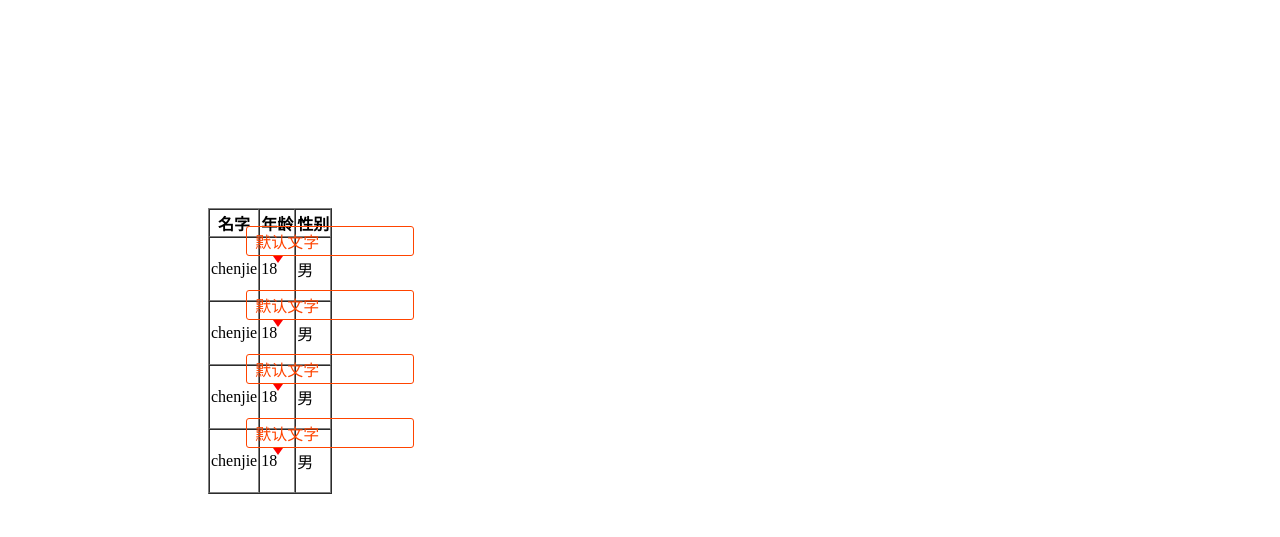
Repository: chenjieya/java
Page: index.html
These files come from the project's save history. The page is drawn as it stood at one moment and after the next save; the edit follows.
The browser window is 1280 px wide. The pictures show the whole page.

Above is the page before, as saved 2023-05-17 09:11:18.

After the next save:
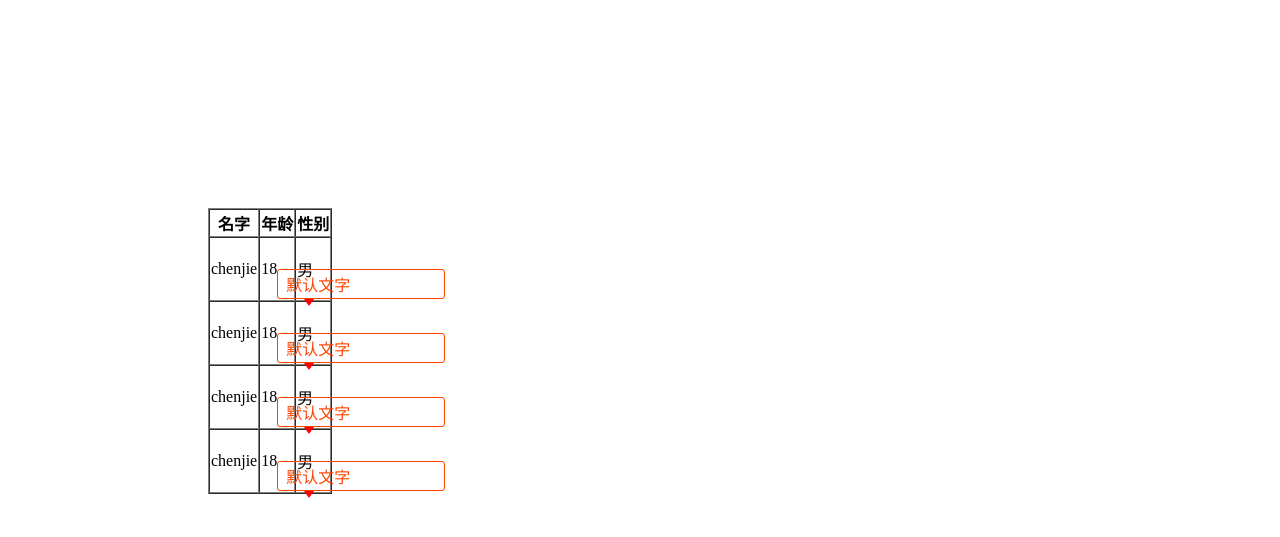
Saved 113 min 9 s later.
--- a/index.html
+++ b/index.html
@@ -14,8 +14,8 @@
     .tooltip {
       padding: 2px 8px;
       position: absolute;
-      top: -12px;
-      left: -14px;
+      top: 50%;
+      left: 50%;
       color: #f40;
       border: 1px solid #f40;
       min-width: 150px;
